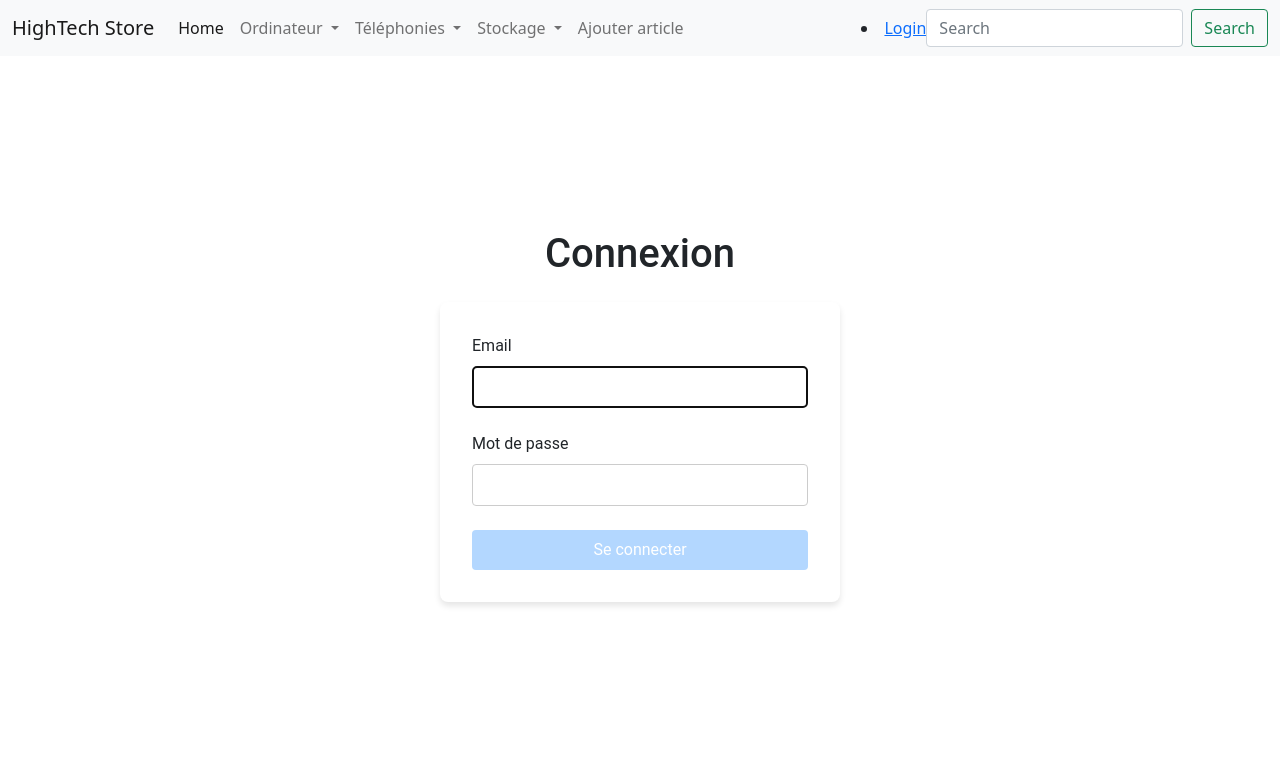
Repository: HaPhuong-krys/M1-angular
Page: /Connexion
The author's editor kept a copy of each file at every save. The page is drawn from the files as they stood at one save, then again after the next save.
The browser window is 1280 px wide. The pictures show the whole page.
The project was rebuilt for these pictures with package versions that can differ from the ones it lists, and the page was loaded fresh each time. Also part of the build but not shown: angular.json, src/app/home/home.component.ts, src/app/pc-bureau/pc-bureau.component.ts, src/app/pc-portable/pc-portable.component.ts, src/app/ajouter-article-form/ajouter-article-form.component.ts, src/app/Model/Articles.ts, src/app/accessoire-ordi/accessoire-ordi.component.ts, src/app/smart-phone/smart-phone.component.ts and 10 more.

Above is the page before, as saved 2023-04-23 01:04:04.

After the next save:
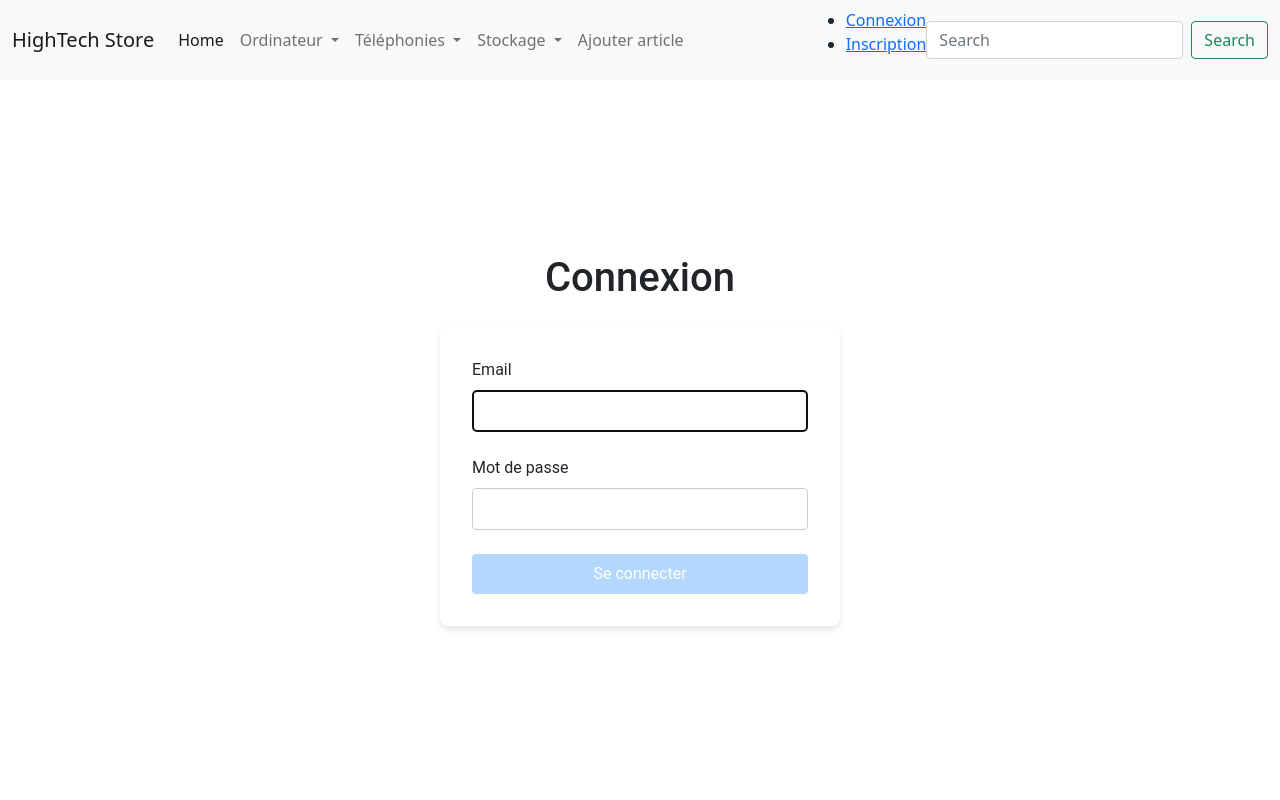
Saved 99 s later.
--- a/src/app/navbar/navbar.component.html
+++ b/src/app/navbar/navbar.component.html
@@ -52,8 +52,17 @@
 
         </ul>
         <div class="ml-auto ml-2">
-          <li *ngIf="!isLoggedIn"><a routerLink="/login">Login</a></li>
-          <li *ngIf="isLoggedIn"><button (click)="onLogout()">Logout</button></li>
+          <ul *ngIf="isLoggedIn$ | async">
+            <!-- Liens pour les utilisateurs connectés -->
+            <li><a routerLink="/profil">Profil</a></li>
+            <li><a routerLink="/deconnexion">Déconnexion</a></li>
+          </ul>
+          <ul *ngIf="!(isLoggedIn$ | async)">
+            <!-- Liens pour les utilisateurs non connectés -->
+            <li><a routerLink="/connexion">Connexion</a></li>
+            <li><a routerLink="/inscription">Inscription</a></li>
+          </ul>
+
         </div>
         <form class="d-flex">
           <input class="form-control me-2" type="search" placeholder="Search" aria-label="Search">
